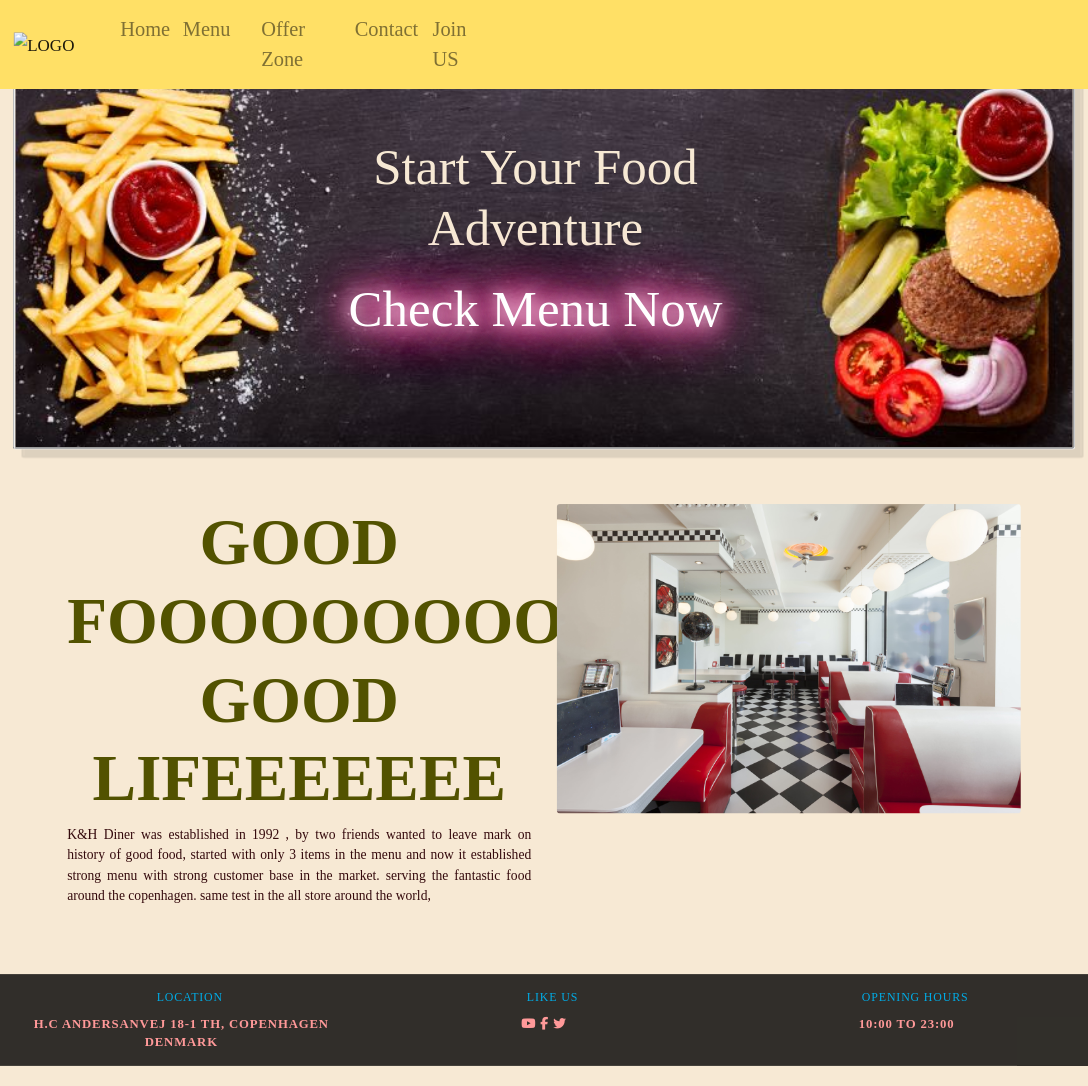
Repository: HMTRIVEDI/project-one
Page: index.html
The author's editor kept a record of every edit. The page is drawn from the files as they stood at one moment, then again after the next edit.
The browser window is 1280 px wide. The pictures show the whole page, at 85% of full size.
Some web fonts or font styles are not loaded; a fallback is used. Some web libraries are served in a nearby version.

Above is the page before.

After the next edit:
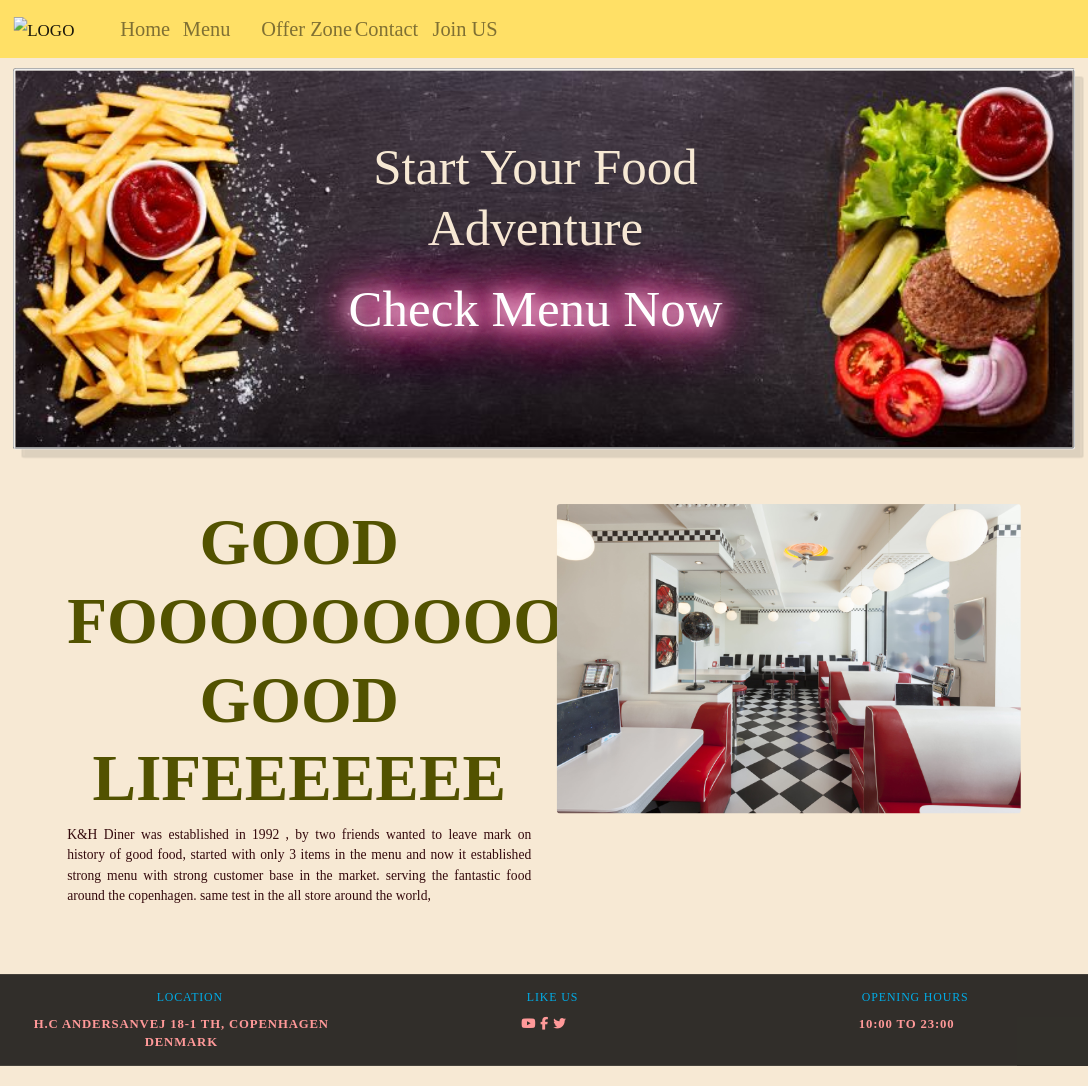
The edit:
--- a/assets/style.css
+++ b/assets/style.css
@@ -34,7 +34,7 @@
 }
 
 
-.nav-link {width: auto;
+.nav-link {width:100%;
     margin-left: 40%;
     font-weight: 100;
     border-radius: 30px;
